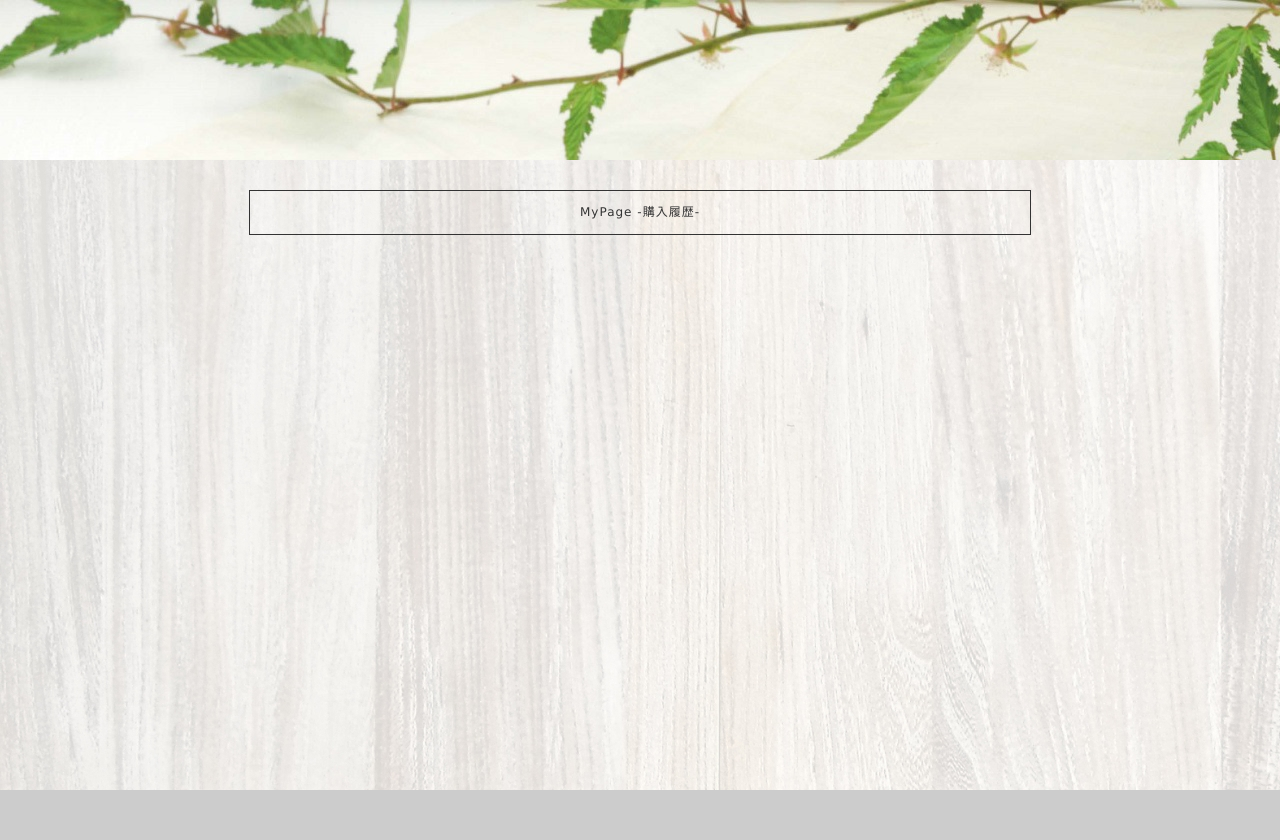
Repository: hiranatsu/ECtest
Page: http://localhost/myecsite01/myPage.jsp
The author's editor kept a copy of each file at every save. The page is drawn from the files as they stood at one save, then again after the next save.
The browser window is 1280 px wide. The pictures show the whole page.
The page is served by Tomcat 9.

Above is the page before, as saved 2018-09-20 02:44:48.

After the next save:
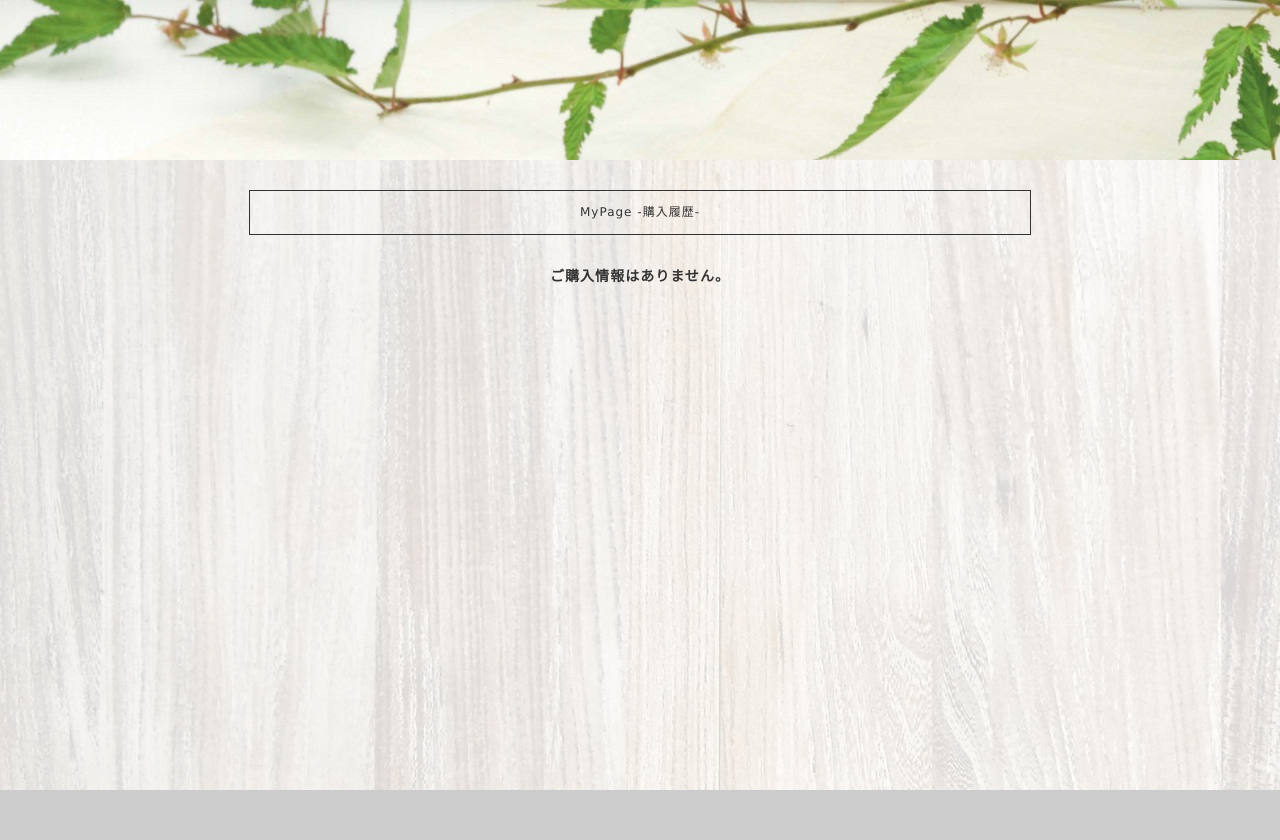
Saved 3 min 4 s later.
--- a/myecsite01/WebContent/myPage.jsp
+++ b/myecsite01/WebContent/myPage.jsp
@@ -73,8 +73,23 @@
 		<div id="top">
 			<p>MyPage -購入履歴-</p>
 		</div>
-
-
+		<div>
+		<s:if test="mpList == null">
+			<h3>ご購入情報はありません。</h3>
+		</s:if>
+		<s:elseif test="message == null">
+			<h3>ご購入情報は以下になります。</h3>
+			<table border="1">
+			<tr>
+				<th>商品名</th>
+				<th>値段</th>
+				<th>購入個数</th>
+				<th>支払い方法</th>
+				<th>購入日</th>
+			</tr>
+			</table>
+		</s:elseif>
+		</div>
 	</div>
 	<div id="footer">
 		<div id="pr"></div>
